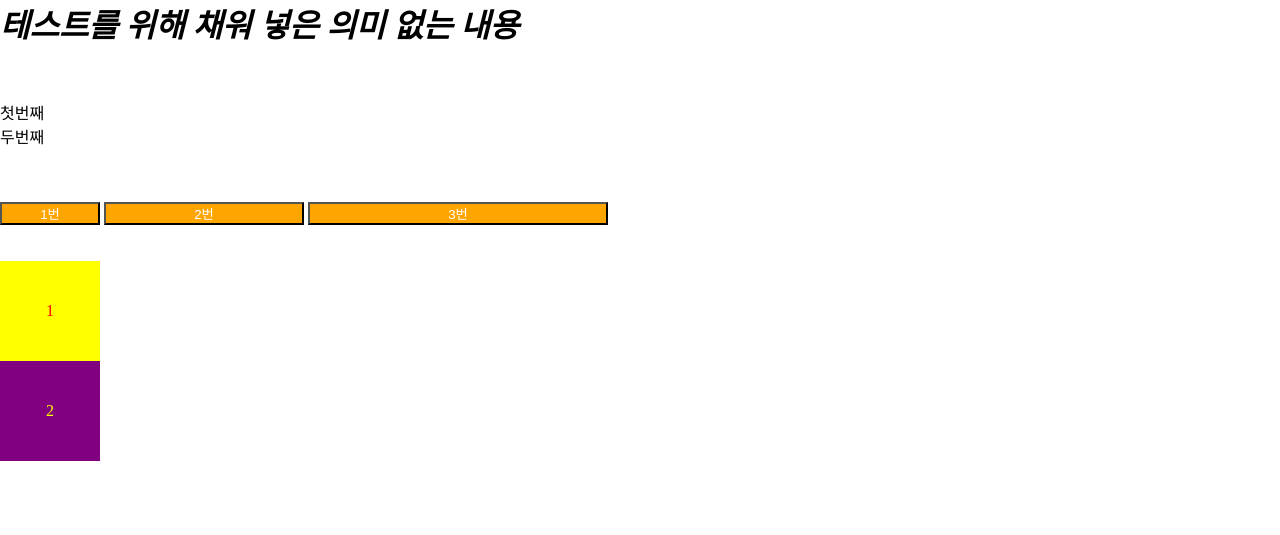
Repository: Axing00/SCSS
Page: test/index.html
The author's editor kept a copy of each file at every save. The page is drawn from the files as they stood at one save, then again after the next save.
The browser window is 1280 px wide. The pictures show the whole page.
The style sheet was rebuilt from its Sass, Less or Tailwind sources for each picture, by a compiler version that may differ from the author's.

Above is the page before, as saved 2023-03-20 16:01:19.

After the next save:
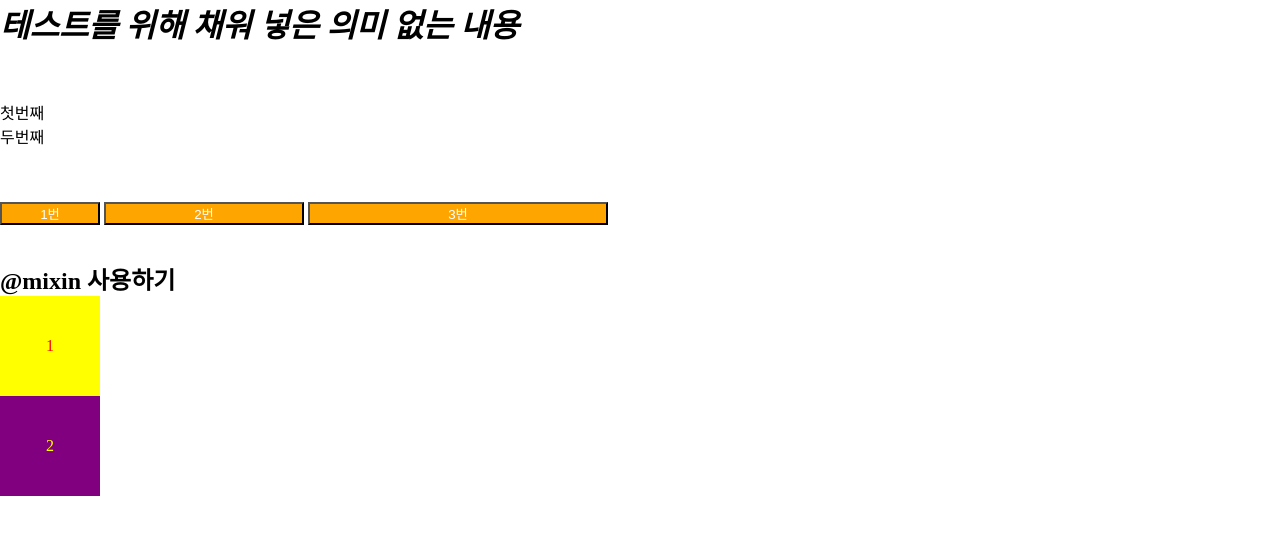
Saved 33 s later.
--- a/test/index.html
+++ b/test/index.html
@@ -30,7 +30,7 @@
 	<br>
 	<br>
 	<br>
-
+	<h2>@mixin 사용하기</h2>
 	<div class="one">1</div>
 	<div class="two">2</div>
 
